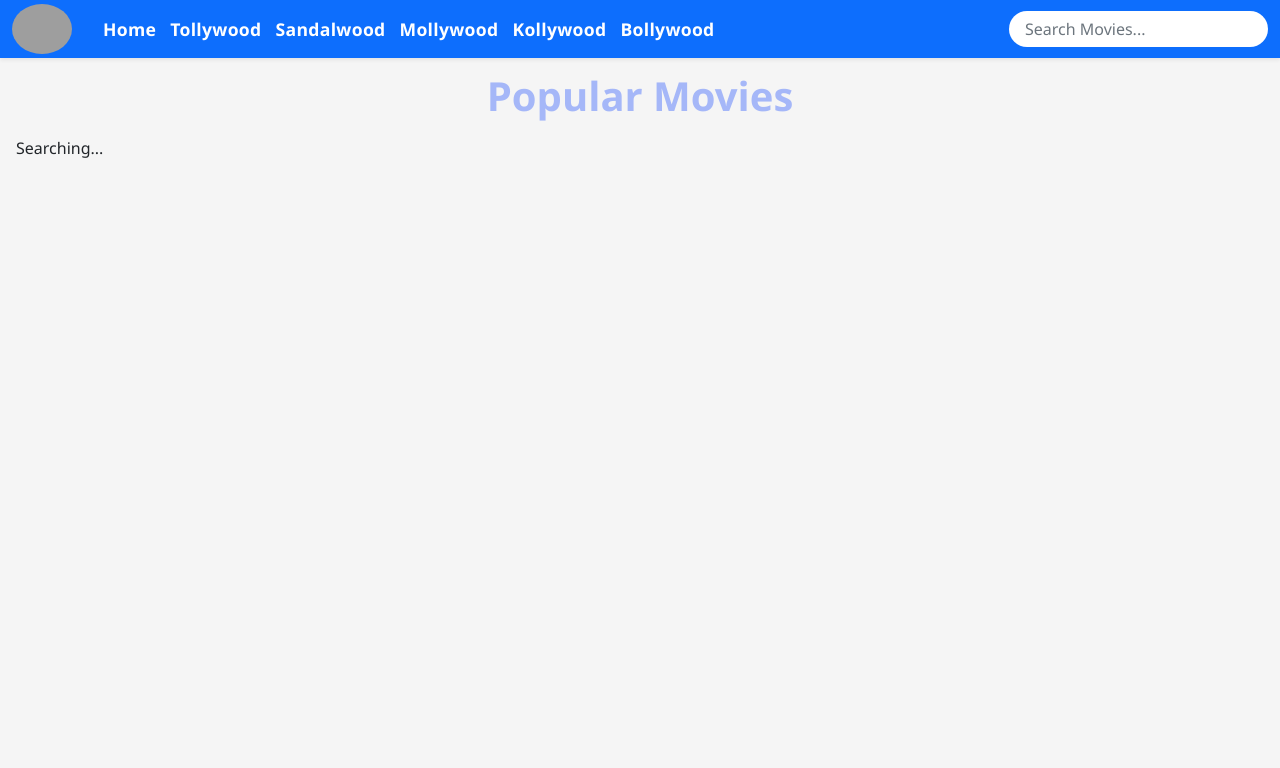
Repository: chandu7777158/Movies_spot
Page: /
The author's editor kept a copy of each file at every save. The page is drawn from the files as they stood at one save, then again after a run of saves.
The browser window is 1280 px wide. The pictures show the whole page.
Pictures or frames that could not be fetched are drawn as grey boxes. The page's requests for data from a server got no answer. The project was rebuilt for these pictures with package versions that can differ from the ones it lists, and the page was loaded fresh each time. No one was signed in, and anything a server would have sent is missing. Also part of the build but not shown: vite.config.js, src/components/MovieCard.jsx.

Above is the page before, as saved 2026-01-28 14:16:36.

After the next 2 saves:
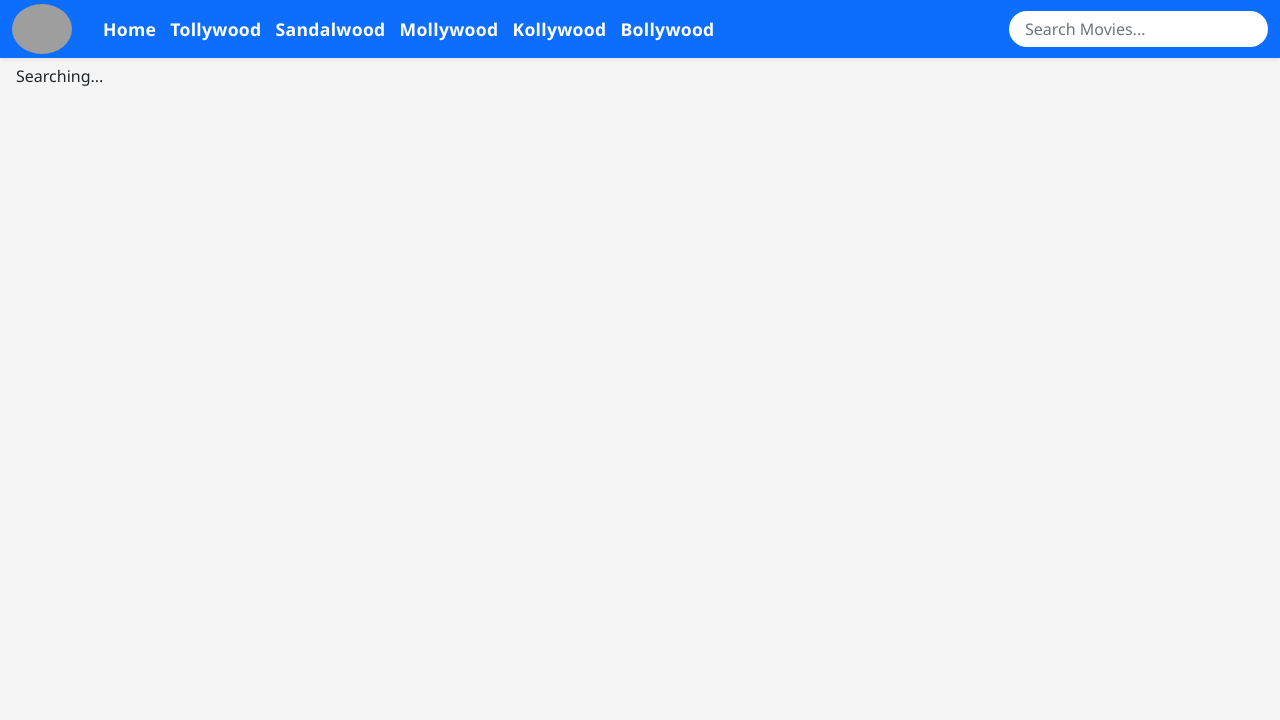
The 2 saves are shown as one change because 1 did not build or start.
The last was saved 118 s later.
--- a/src/App.jsx
+++ b/src/App.jsx
@@ -7,7 +7,7 @@
   return (
     <Router>
       <Navbar />
-      <main className="mt-5 pt-4">
+
         <Routes>
           <Route path="/" element={<MoviePage category="popular" />} />
           <Route path="/tollywood" element={<MoviePage category="tollywood" />} />
@@ -17,7 +17,7 @@
           <Route path="/bollywood" element={<MoviePage category="bollywood" />} />
           <Route path="/search/:query" element={<MoviePage category="search" />} />
         </Routes>
-      </main>
+
     </Router>
   );
 }

After the save that followed:
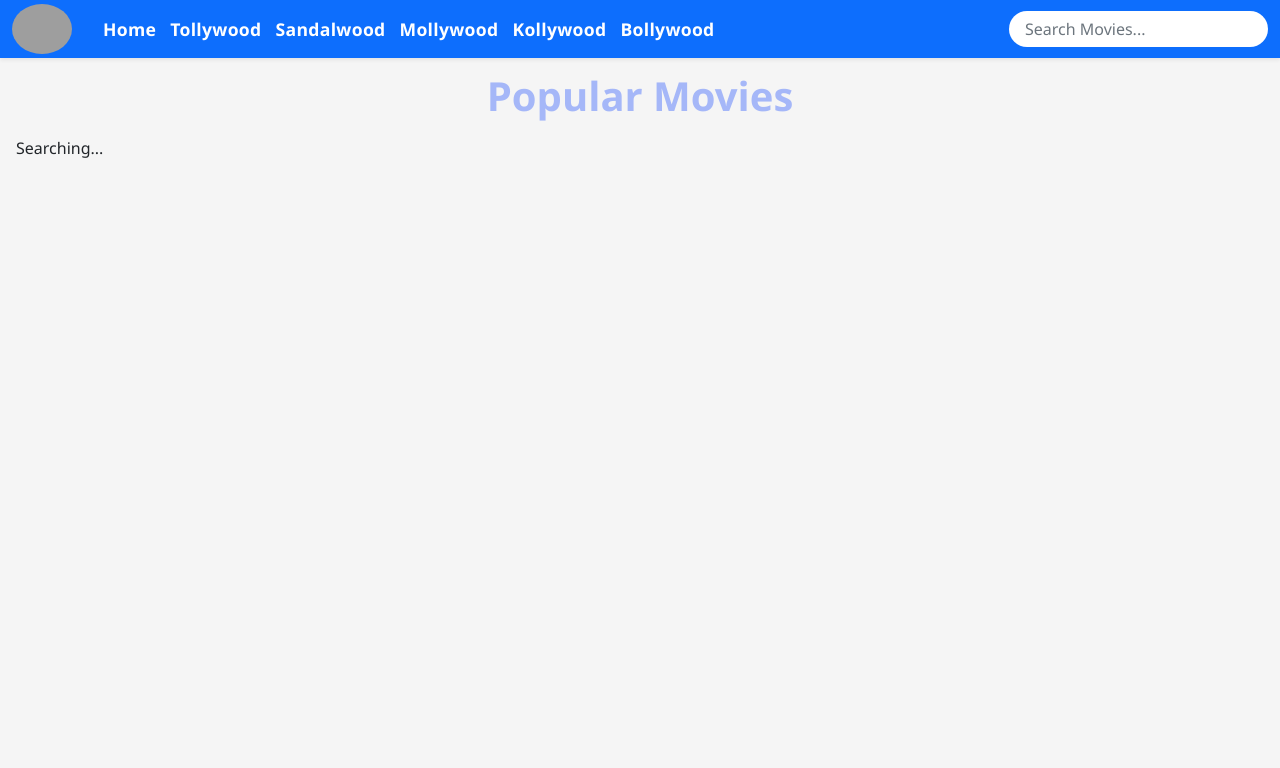
Saved 15 s later.
--- a/src/App.jsx
+++ b/src/App.jsx
@@ -7,7 +7,7 @@
   return (
     <Router>
       <Navbar />
-
+      <main className="mt-5 pt-4">
         <Routes>
           <Route path="/" element={<MoviePage category="popular" />} />
           <Route path="/tollywood" element={<MoviePage category="tollywood" />} />
@@ -17,7 +17,7 @@
           <Route path="/bollywood" element={<MoviePage category="bollywood" />} />
           <Route path="/search/:query" element={<MoviePage category="search" />} />
         </Routes>
-
+      </main>
     </Router>
   );
 }
